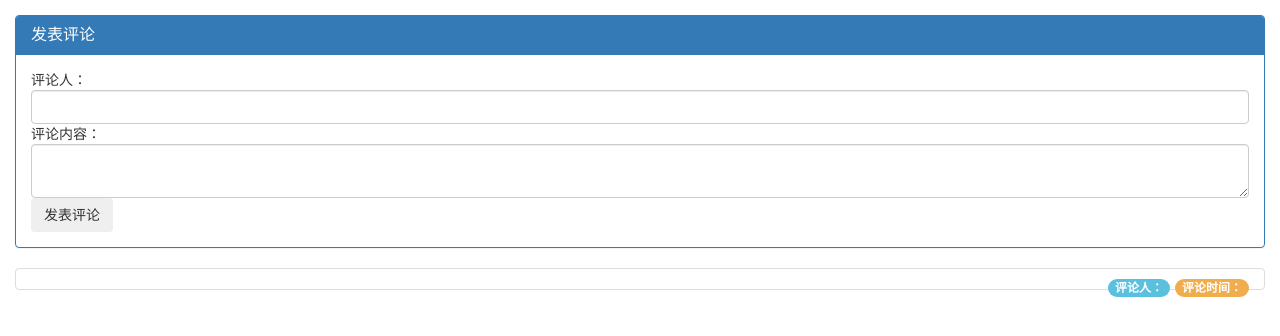
Repository: Bluesouls/eliauk.github.io
Page: Ajax学习笔记/day02/01案例-评论列表.html
These files come from the project's save history. The page is drawn as it stood at one moment and after the next save; the edit follows.
The browser window is 1280 px wide. The pictures show the whole page.
The page's requests for data from a server got no answer.

Above is the page before, as saved 2022-04-30 16:47:27.

### Ajax学习笔记/day02/01案例-评论列表.html
<!DOCTYPE html>
<html lang="en">

<head>
  <meta charset="UTF-8">
  <meta http-equiv="X-UA-Compatible" content="IE=edge">
  <meta name="viewport" content="width=device-width, initial-scale=1.0">
  <title>评论列表</title>
  <link rel="stylesheet" href="http://cdn.bootcss.com/bootstrap/3.3.4/css/bootstrap.min.css">
  <!-- <script src="https://apps.bdimg.com/libs/jquery/2.1.4/jquery.min.js"></script> -->
  <script src="./lib/jquery.js"></script>
  <script src="./js/cmt.js"></script>
</head>

<body style="padding: 15px ">

  <div class="panel panel-primary">
    <div class="panel-heading">
      <h3 class="panel-title">发表评论</h3>
    </div>
    <form class="panel-body" id="formAddCmt">
      <div>评论人：</div>
      <input type="text" class="form-control">
      <div>评论内容：</div>
      <textarea class="form-control"></textarea>
      <button class="btn primary" type="submit">发表评论</button>
    </form>
  </div>

  <ul class="list-group" id="cmt-list">
    <li class="list-group-item">
      <span class="badge" style="background-color: #f0ad4e;">评论时间：</span>
      <span class="badge" style="background-color: #5bc0de;">评论人：</span>
    </li>
  </ul>

</body>

</html>

### Ajax学习笔记/day02/js/cmt.js
$(function () {

  function getCmtList() {
    $.get("http://www.liulongbin.top:3006/api/cmtlist", function (res) {
      // console.log(res)
      if (res.status !== 200) {
        return alert('获取评论列表失败')
      }
      var rows = []
      $.each(res.data, function (i, item) {
        rows.push('<li class="list-group-item">' + item.content +
          '<span class="badge" style="background-color: #f0ad4e;">评论时间：' + item.time +
          '</span><span class="badge" style="background-color: #5bc0de;">评论人：' + item.username + '</span> </li>')
      })
      $('#cmt-list').empty().append(rows.join(''))

    })
  }

  getCmtList()

  $('#formAddCmt').submit(function (e) {
    e.preventDefault() // 阻止表单的默认提交行为
    var data = this.serialize()
    $.post("http://www.liulongbin.top:3006/api/addcmt", data, function (res) {

      $('#formAddCmt')[0].reset()
      getCmtList()
    })
  })


})

Loaded but not shown: Ajax学习笔记/day02/lib/jquery.js (library)

After the next save:
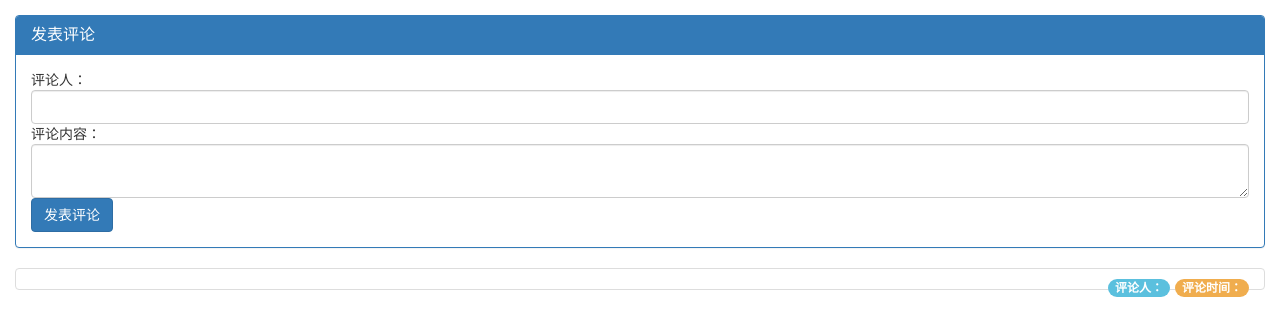
Saved 12 s later.
--- a/Ajax学习笔记/day02/01案例-评论列表.html
+++ b/Ajax学习笔记/day02/01案例-评论列表.html
@@ -23,7 +23,7 @@
       <input type="text" class="form-control">
       <div>评论内容：</div>
       <textarea class="form-control"></textarea>
-      <button class="btn primary" type="submit">发表评论</button>
+      <button class="btn btn-primary" type="submit">发表评论</button>
     </form>
   </div>
 
